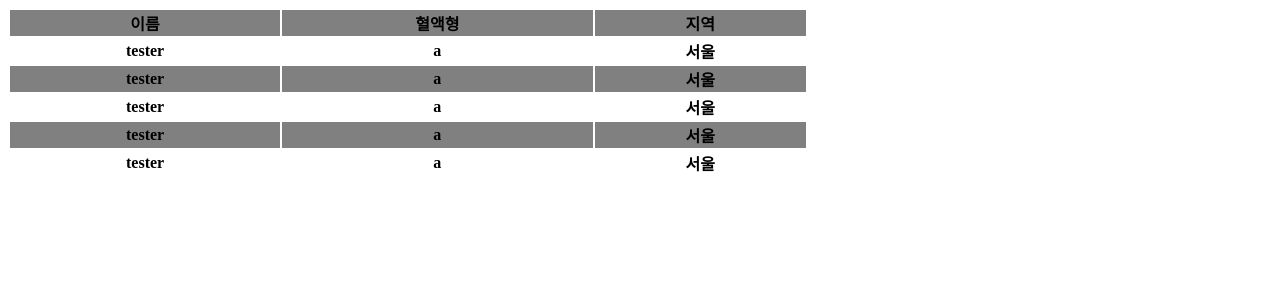
Repository: popconnect/jQuery
Page: http://localhost/jqueryEx01/jquery12.jsp
These files come from the project's save history. The page is drawn as it stood at one moment and after the next save; the edit follows.
The browser window is 1280 px wide. The pictures show the whole page.
The page is served by Tomcat 9.

Above is the page before, as saved 2023-05-15 06:46:33.

### jqueryEx01/src/main/webapp/jquery12.jsp
<%@ page language="java" contentType="text/html; charset=UTF-8"
	pageEncoding="UTF-8"%>
<!DOCTYPE html>
<html>
<head>
<meta charset="UTF-8">
<title>Insert title here</title>

<script src="https://ajax.googleapis.com/ajax/libs/jquery/3.6.4/jquery.min.js"></script>
<script type="text/javascript">
//window.jquery => jquery => $
	$(document).ready(function() {
		$('table').css('width', '800');
		$('tr:odd').css('background-color', 'white');
		$('tr:even').css('background-color', 'gray');
	});

</script>
</head>
<body>
<table>
<tr>
<th>이름</th>
<th>혈액형</th>
<th>지역</th>
</tr>
<tr>
<th>tester</th>
<th>a</th>
<th>서울</th>
</tr>
<tr>
<th>tester</th>
<th>a</th>
<th>서울</th>
</tr>
<tr>
<th>tester</th>
<th>a</th>
<th>서울</th>
</tr>
<tr>
<th>tester</th>
<th>a</th>
<th>서울</th>
</tr>
<tr>
<th>tester</th>
<th>a</th>
<th>서울</th>
</tr>
</table>
</body>
</html>

After the next save:
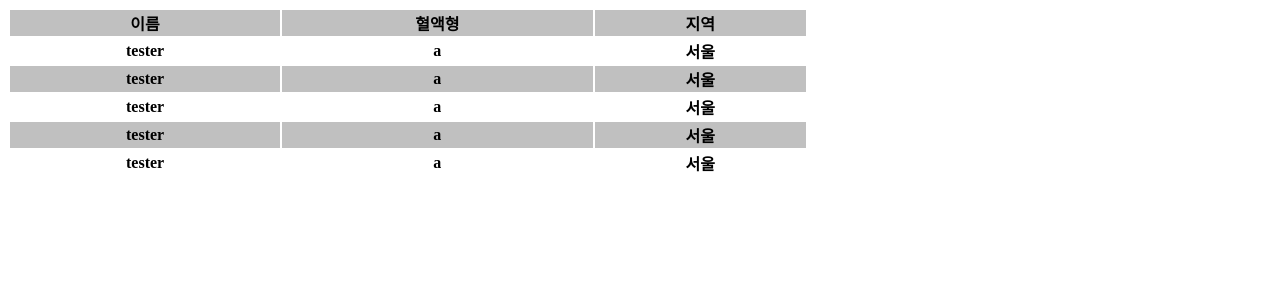
Saved 71 s later.
--- a/jqueryEx01/src/main/webapp/jquery12.jsp
+++ b/jqueryEx01/src/main/webapp/jquery12.jsp
@@ -12,7 +12,7 @@
 	$(document).ready(function() {
 		$('table').css('width', '800');
 		$('tr:odd').css('background-color', 'white');
-		$('tr:even').css('background-color', 'gray');
+		$('tr:even').css('background-color', '#c0c0c0');
 	});
 
 </script>
